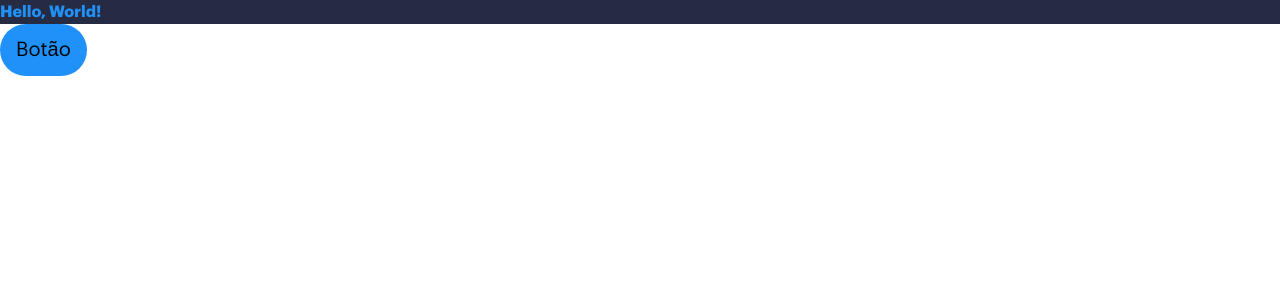
Repository: SK3010z/figmaland-tailwind
Page: /
The author's editor kept a copy of each file at every save. The page is drawn from the files as they stood at one save, then again after a run of saves.
The browser window is 1280 px wide. The pictures show the whole page.
The project was rebuilt for these pictures with package versions that can differ from the ones it lists, and the page was loaded fresh each time. Also part of the build but not shown: vite.config.js, src/mediaQueries.jsx.

Above is the page before, as saved 2024-08-16 14:00:07.

### index.html
<!doctype html>
<html lang="en">
  <head>
    <meta charset="UTF-8" />
    <link rel="icon" type="image/svg+xml" href="/vite.svg" />
    <meta name="viewport" content="width=device-width, initial-scale=1.0" />
    <title>FigmaLand</title>
  </head>
  <body>
    <div id="root"></div>
    <script type="module" src="/src/main.jsx"></script>
  </body>
</html>

### src/main.jsx
import { StrictMode } from 'react'
import { createRoot } from 'react-dom/client'
import App from './App.jsx'
import MediaQueries from './mediaQueries.jsx'
import './index.css'

createRoot(document.getElementById('root')).render(
  <StrictMode>
    <App/>
  </StrictMode>,
)

### src/App.jsx
import { Button } from "./components/Button"

function App() {
  return (
    <>
      <h1 className="text-primary bg-darkBrackground font-graphik-bold">Hello, World!</h1>
      <Button>Botão</Button>
    </>
  )
}

export default App

### src/index.css
@tailwind base;
@tailwind components;
@tailwind utilities;

@font-face {
  font-family: "Graphik-bold";
  src: url(./fonts/Graphik/Graphik-Bold-Trial.otf) format("opentype");
  font-style: normal;
  font-display: swap;
}
@font-face {
  font-family: "Graphik";
  src: url(./fonts/Graphik/Graphik-Regular-Trial.otf) format("opentype");
  font-style: normal;
  font-display: swap;
}

### src/components/Button/index.jsx
export const Button = ({children}) => {
    return <button className={`flex items-center justify-center p-4 rounded-full bg-primary font-graphik text-xl leading-5`}>{children}</button>
}

### tailwind.config.js
/** @type {import('tailwindcss').Config} */
export default {
  content: [
    "./index.html",
    "./src/**/*.{js,ts,jsx,tsx}",
  ],
  theme: {
    extend: {
      fontFamily: {
        graphik: ['Graphik','sans-serif'],
        'graphik-bold': ['Graphik-bold','sans-serif']
      },
      colors: {
        primary: '#2091F9',
        text: '#252B42',
        decondaryText: '#374754',
        darkBrackground: '#252B42'
      }
    },
  },
  plugins: [],
}

After the next 2 saves:
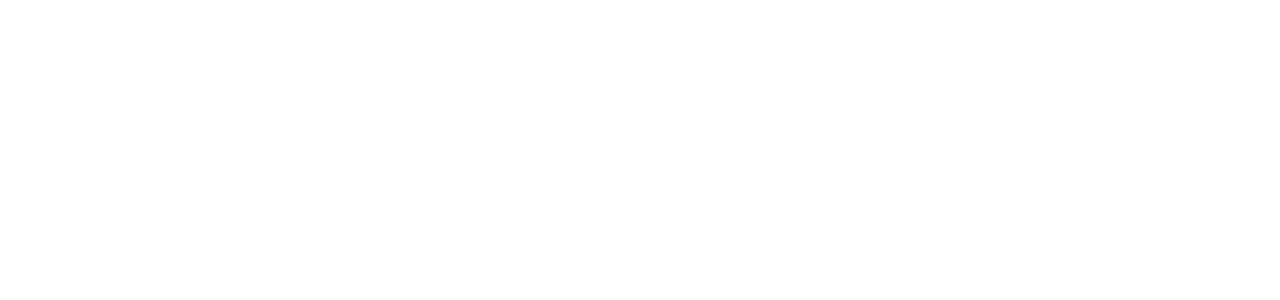
Console error: ReferenceError: variant is not defined
The 2 saves are shown as one change because 1 did not build or start.
The last was saved 6 min 45 s later.
--- a/src/components/Button/index.jsx
+++ b/src/components/Button/index.jsx
@@ -1,3 +1,14 @@
-export const Button = ({children}) => {
-    return <button className={`flex items-center justify-center p-4 rounded-full bg-primary font-graphik text-xl leading-5`}>{children}</button>
-}
+export const Button = ({ children }) => {
+  return (
+    <button
+      className={`flex items-center justify-center p-4 rounded-full bg-primary font-graphik text-xl leading-5
+        ${variant === "primary"
+            ? 'bg-primary text-white'
+            : 'bg-white text-primary'
+        }
+      `}
+    >
+      {children}
+    </button>
+  );
+};

After the save that followed:
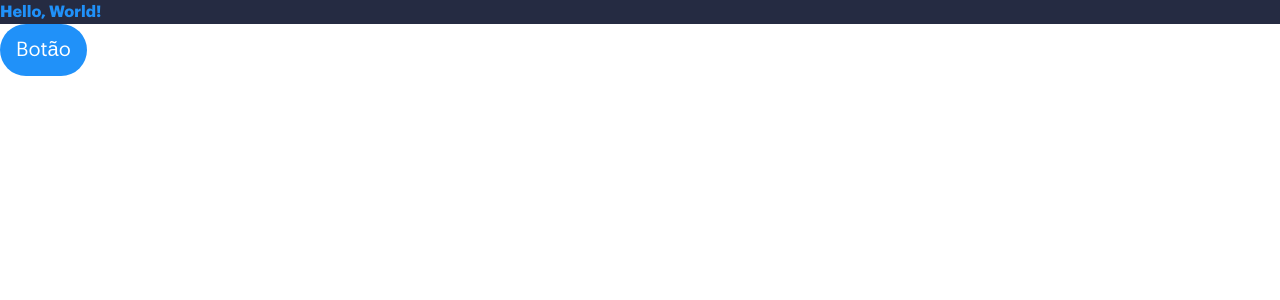
The error is gone.
Saved 2 min 45 s later.
--- a/src/components/Button/index.jsx
+++ b/src/components/Button/index.jsx
@@ -1,4 +1,4 @@
-export const Button = ({ children }) => {
+export const Button = ({children, variant = 'primary'}) => {
   return (
     <button
       className={`flex items-center justify-center p-4 rounded-full bg-primary font-graphik text-xl leading-5
